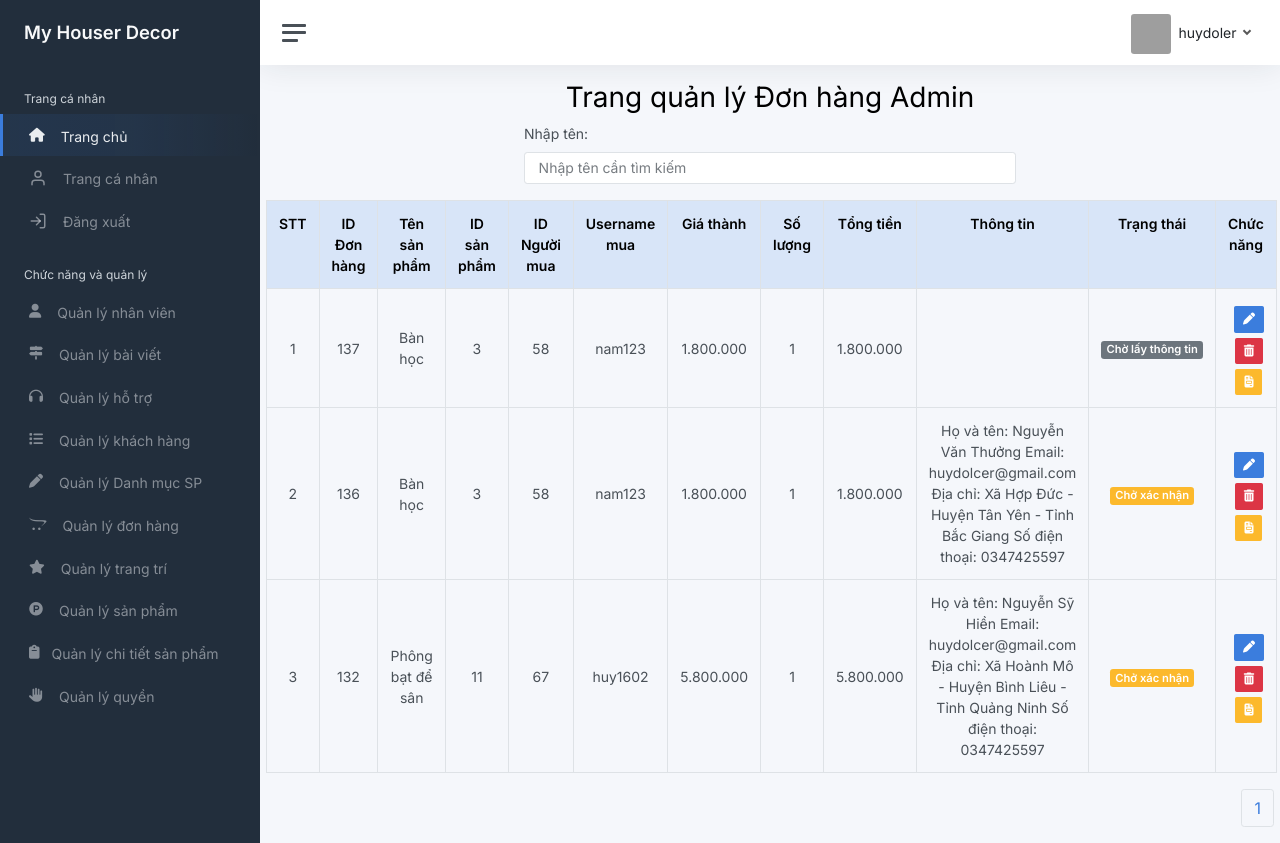
Repository: anhtu2110/TestCNPM
Page: http://localhost/MyHouseDecor/Admin/admin_oder.php
These files come from the project's save history. The page is drawn as it stood at one moment and after the next save; the edit follows.
The browser window is 1280 px wide. The pictures show the whole page.
Pictures or frames that could not be fetched are drawn as grey boxes. The page is run by PHP 8.4 with error messages shown; the project is at /var/www/html/. The session is filled in as if someone had signed in: {"is_admin": 1, "UserName": "huydoler", "Image": "img/z5253371194991_da662051120ed03d80e35edbab7f3360.jpg"}. Other server files are loaded and not shown. The database holds what the project's SQL file puts in it.

Above is the page before, as saved 2024-07-09 20:43:02.

### Admin/admin_oder.php
<?php require_once './Controller/auth.php';?>
<?php require_once './IncludeAdmin/header.php';?>
            <main>
                <div class="container">
                    <h1 class="text-center mt-3">Trang quản lý Đơn hàng Admin</h1>
                   <?php require_once './View/Admin_OrderView.php';?>
                </div>
                <script>
                    document.addEventListener("DOMContentLoaded", function () {
                        const searchInput = document.getElementById('email');
                        searchInput.addEventListener('input', function () {
                            const searchText = this.value.toLowerCase();
                            const tableRows = document.querySelectorAll('table tr:not(:first-child)');
                            tableRows.forEach(function (row) {
                                const cellText = row.cells[2].innerText.toLowerCase();
                                if (cellText.includes(searchText)) {
                                    row.style.display = '';
                                } else {
                                    row.style.display = 'none';
                                }
                            });
                        });
                    });

                </script>
            </main>
        </div>
    </div>
    <?php
    require_once './IncludeAdmin/footer.php';
    ?>

### Admin/Controller/auth.php
<?php
session_start();
    if(!isset($_SESSION['is_admin'])){
        header('location: login_admin.php');
    }
?>

### Admin/IncludeAdmin/header.php
<!DOCTYPE html>
<html lang="en">

<head>
    <meta charset="utf-8">
    <meta http-equiv="X-UA-Compatible" content="IE=edge">
    <meta name="viewport" content="width=device-width, initial-scale=1, shrink-to-fit=no">
    <meta name="description" content="Responsive Admin &amp; Dashboard Template based on Bootstrap 5">
    <meta name="author" content="AdminKit">
    <meta name="keywords"
        content="adminkit, bootstrap, bootstrap 5, admin, dashboard, template, responsive, css, sass, html, theme, front-end, ui kit, web">

    <link rel="preconnect" href="https://fonts.gstatic.com">
    <link rel="shortcut icon" href="../img/Black and White Minimalist Professional Initial Logo.png" />
    <link rel="stylesheet" href="css/style.css">
    <link href="https://cdn.jsdelivr.net/npm/bootstrap@5.3.3/dist/css/bootstrap.min.css" rel="stylesheet">
    <script src="https://cdn.jsdelivr.net/npm/axios/dist/axios.min.js"></script>
    <script src="https://cdnjs.cloudflare.com/ajax/libs/jspdf/2.4.0/jspdf.umd.min.js"></script>
    <script src="https://cdnjs.cloudflare.com/ajax/libs/html2canvas/1.4.1/html2canvas.min.js"></script>


    <link rel="canonical" href="https://demo-basic.adminkit.io/" />

    <title>My House Decor</title>

    <link href="css/app.css" rel="stylesheet">
    <link href="https://fonts.googleapis.com/css2?family=Inter:wght@300;400;600&display=swap" rel="stylesheet">
    <link rel="stylesheet" href="https://cdnjs.cloudflare.com/ajax/libs/font-awesome/6.5.2/css/all.min.css">
    <script src="https://ajax.googleapis.com/ajax/libs/jquery/3.5.1/jquery.min.js"></script>
    <script src="https://cdn.jsdelivr.net/npm/sweetalert2@11"></script>

</head>

<body>

    <div class="wrapper">
        <nav id="sidebar" class="sidebar js-sidebar">
            <div class="sidebar-content js-simplebar">
                <a class="sidebar-brand" href="index.php">
                    <span class="align-middle">My Houser Decor</span>
                </a>

                <ul class="sidebar-nav">
                    <li class="sidebar-header">
                        Trang cá nhân
                    </li>

                    <li class="sidebar-item active">
                        <a class="sidebar-link" href="index.php">
                            <i class="fa-solid fa-house"></i></i> <span class="align-middle">Trang chủ</span>
                        </a>
                    </li>

                    <li class="sidebar-item">
                        <a class="sidebar-link" href="profile.php">
                            <i class="align-middle" data-feather="user"></i> <span class="align-middle">Trang cá
                                nhân</span>
                        </a>
                    </li>

                    <li class="sidebar-item">
                        <a class="sidebar-link" href="logout.php">
                            <i class="align-middle" data-feather="log-in"></i> <span class="align-middle">Đăng
                                xuất</span>
                        </a>
                    </li>
                    <li class="sidebar-header">
                        Chức năng và quản lý
                    </li>

                    <li class="sidebar-item">
                        <a class="sidebar-link" href="admin_staff.php">
                            <i class="fa-solid fa-user"></i></i> <span class="align-middle">Quản lý nhân viên</span>
                        </a>
                    </li>

                    <li class="sidebar-item">
                        <a class="sidebar-link" href="admin_blog.php">
                            <i class="fa-solid fa-signs-post"></i></i> <span class="align-middle">Quản lý bài
                                viết</span>
                        </a>
                    </li>

                    <li class="sidebar-item">
                        <a class="sidebar-link" href="admin_contact.php">
                            <i class="fa-solid fa-headphones"></i></i> <span class="align-middle">Quản lý hỗ trợ</span>
                        </a>
                    </li>

                    <li class="sidebar-item">
                        <a class="sidebar-link" href="admin_customer.php">
                            <i class="fa-solid fa-list"></i></i> <span class="align-middle">Quản lý khách hàng</span>
                        </a>
                    </li>

                    <li class="sidebar-item">
                        <a class="sidebar-link" href="admin_category.php">
                            <i class="fa-solid fa-pen"></i> <span class="align-middle">Quản lý Danh mục SP</span>
                        </a>
                    </li>
                    <li class="sidebar-item">
                        <a class="sidebar-link" href="admin_oder.php">
                            <i class="fa-brands fa-opencart"></i></i> <span class="align-middle">Quản lý đơn hàng</span>
                        </a>
                    </li>
                    <li class="sidebar-item">
                        <a class="sidebar-link" href="admin_decor.php">
                            <i class="fa-solid fa-star"></i></i> <span class="align-middle">Quản lý trang trí</span>
                        </a>
                    </li>
                    <li class="sidebar-item">
                        <a class="sidebar-link" href="admin_product.php">
                            <i class="fa-brands fa-product-hunt"></i></i> <span class="align-middle">Quản lý sản
                                phẩm</span>
                        </a>
                    </li>
                    <li class="sidebar-item">
                        <a class="sidebar-link" href="admin_details.php">
                            <i class="fa-solid fa-clipboard"></i><span class="align-middle">Quản lý chi tiết sản
                                phẩm</span>
                        </a>
                    </li>
                    <li class="sidebar-item">
                        <a class="sidebar-link" href="admin_role.php">
                            <i class="fa-solid fa-hand"></i></i> <span class="align-middle">Quản lý quyền</span>
                        </a>
                    </li>
                    <li class="sidebar-item">
                        <a class="sidebar-link" href="admin_menu.php">
                            <i class="fa-solid fa-bars"></i></i> <span class="align-middle">Quản lý Menu</span>
                        </a>
                    </li>
                    <li class="sidebar-item">
                        <a class="sidebar-link" href="admin_comment.php">
                            <i class="fa-regular fa-comment-dots"></i></i> <span class="align-middle">Quản lý
                                Comment</span>
                        </a>
                    </li>

            </div>
        </nav>

        <div class="main">
            <nav class="navbar navbar-expand navbar-light navbar-bg">
                <a class="sidebar-toggle js-sidebar-toggle">
                    <i class="hamburger align-self-center"></i>
                </a>

                <div class="navbar-collapse collapse">
                    <ul class="navbar-nav navbar-align">

                        <li class="nav-item dropdown">
                            <a class="nav-icon dropdown-toggle d-inline-block d-sm-none" href="#"
                                data-bs-toggle="dropdown">
                                <i class="align-middle" data-feather="settings"></i>
                            </a>

                            <a class="nav-link dropdown-toggle d-none d-sm-inline-block" href="#"
                                data-bs-toggle="dropdown">
                                <img src="<?php echo $_SESSION['Image'] ? $_SESSION['Image'] : './img/avt.png';?>"
                                    class="avatar img-fluid rounded me-1" alt="Charles Hall" /> <span
                                    class="text-dark"><?php echo $_SESSION['UserName'] ? $_SESSION['UserName'] : 'Username';?></span>
                            </a>
                            <div class="dropdown-menu dropdown-menu-end">
                                <a class="dropdown-item" href="profile.php"><i class="align-middle me-1"
                                        data-feather="user"></i>Trang cá nhân</a>
                                <a class="dropdown-item" href="logout.php"><i class="fa-solid fa-right-from-bracket"
                                        style="padding-right:3px"></i></i>Đăng xuất</a>
                            </div>
                        </li>
                    </ul>
                </div>
            </nav>

### Admin/View/Admin_OrderView.php
<?php require_once './Controller/Admin_OrderController.php';
$controller = new Admin_OrderController();
$limit = 5;
$offset = isset($_GET['page_order']) ? ($_GET['page_order'] - 1) * $limit : 0;
?>
<div class="row d-flex mb-3">
    <div class="col-6 mx-auto">
        <label for="input" class="form-label">Nhập tên:</label>
        <input type="search" class="form-control" id="email" placeholder="Nhập tên cần tìm kiếm" name="search">
    </div>
</div>
<table class="mx-auto table table-bordered">
    <tr>
        <th class="table-primary text-center">STT</th>
        <th class="table-primary text-center">ID Đơn hàng</th>
        <th class="table-primary text-center">Tên sản phẩm</th>
        <th class="table-primary text-center">ID sản phẩm</th>
        <th class="table-primary text-center">ID Người mua</th>
        <th class="table-primary text-center">Username mua</th>
        <th class="table-primary text-center">Giá thành</th>
        <th class="table-primary text-center">Số lượng</th>
        <th class="table-primary text-center">Tổng tiền</th>
        <th class="table-primary text-center">Thông tin</th>
        <th class="table-primary text-center">Trạng thái</th>
        <th class="table-primary text-center">Chức năng</th>
    </tr>
    <?php
    $result = $controller->ShowOder_Limit($limit, $offset);
    $count = 1;
    foreach ($result as $item):
        switch($item['status']){
            case 1:
                $check = "<span class='badge bg-warning'>Chở xác nhận</span>";
                break;
            case 2:
                $check = "<span class='badge bg-primary bg-gradient'>Xác nhận đơn hàng</span>";
                break;
            case 3:
                $check = "<span class='badge' style='background-color: orange'>Người bán đang chuẩn bị hàng</span>";
                break;
            case 4:
                $check = "<span class='badge bg-primary'>Đã gửi hàng cho bên vận chuyển</span>";
                break;
            case 5:
                $check = "<span class='badge bg-success'>Đang vận chuyển</span>";
                break;
            case 6:
                $check = "<span class='badge bg-success bg-gradient'>Đã giao</span>";
                break;
            case 7:
                $check = "<span class='badge bg-danger'>Đã hủy</span>";
                break;
        }
        if($item['Information'] == null || $item['Information'] == ""){
            $check = "<span class='badge bg-secondary'>Chờ lấy thông tin</span>";
        };
    ?>

    <tr>
        <td><?php echo $count;?></td>
        <td><?php echo $item['OrderID'];?></td>
        <td><?php echo $item['Title'];?></td>
        <td><?php echo $item['ProductID'];?></td>
        <td><?php echo $item['UserID'];?></td>
        <td><?php echo $item['UserCustomer'];?></td>
        <td><?php echo number_format($item['Price'], 0, '.', '.');?></td>
        <td><?php echo $item['Quantity'];?></td>
        <td><?php echo number_format($item['Total_Price'], 0, '.', '.');?></td>
        <td><?php echo $item['Information'];?></td>
        <td><?php echo $check;?></td>
        <td>
            <div class="chucnang d-flex">
                <div class="btn_update mx-auto">
                    <button type="button" class="btn btn-primary btn-sm" style="margin-left: 6px;margin-top:5px;">
                        <a href="update_order.php?order_id=<?php echo $item['OrderID'];?>" style='color:white;'> <i
                                class="fa-solid fa-pen"></i></a></button>
                    <button type="button" class="btn btn-danger btn-sm detele_order"
                        data-order-id='<?php echo $item['OrderID'];?>' style="margin-left: 6px;margin-top:5px;">
                        <i class="fa-solid fa-trash-can"></i></button>
                    <button type="button" class="btn btn-warning btn-sm" style="margin-left: 6px;margin-top:5px;"
                        data-bs-toggle="tooltip" title="Xuất hóa đơn đỏ">
                        <a href="export_invoice.php?id_order=<?php echo $item['OrderID'];?>" style='color:white;'>
                            <i class="fa-solid fa-file-invoice"></i></a></button>
                </div>
            </div>
        </td>
    </tr>
    <?php
$count++;
endforeach;?>
</table>
<ul class="pagination justify-content-end">
    <?php
    $count = $controller->getCount()->fetch_assoc();
    $total = $count['total'];
    $pages = ceil($total / $limit);
    for ($i = 1; $i <= $pages; $i++) {
        echo "<li class='page-item'><a class='page-link' href='?page_order=$i'>$i</a></li>";
    }
    ?>
</ul>
<script>
document.querySelectorAll('.detele_order').forEach(btn => {
    btn.addEventListener('click', (e) => {
        e.preventDefault();

        let OrderID = btn.getAttribute('data-order-id');

        swal.fire({
            title: 'Xác nhận xóa',
            text: 'Bạn có chắc muốn xóa bản ghi này?',
            icon: 'warning',
            showCancelButton: true,
            confirmButtonColor: '#3085d6',
            cancelButtonColor: '#d33',
            confirmButtonText: 'Xác nhận',
            cancelButtonText: 'Hủy'
        }).then((result) => {
            if (result.isConfirmed) {
                let formSend = new FormData();
                formSend.append('OrderID', OrderID);


                let xhr = new XMLHttpRequest();
                xhr.open('POST', './Controller/Delete_OrderController.php', true);
                xhr.onload = () => {
                    if (xhr.status === 200) {
                        let response = JSON.parse(xhr.responseText);
                        if (response.check) {
                            swal.fire({
                                title: 'Thành công!',
                                text: response.message,
                                icon: 'success'
                            }).then(() => {
                                window.location.reload();
                            });
                        } else {
                            swal.fire({
                                title: 'Thất bại!',
                                text: response.message,
                                icon: 'error'
                            });
                        }
                    } else {
                        swal.fire({
                            title: 'Thất bại!',
                            text: 'Có lỗi xảy ra khi xóa bản ghi.',
                            icon: 'error'
                        });
                    }
                };
                xhr.send(formSend);
            }
        });
    });
});
</script>

### Admin/Controller/Admin_OrderController.php
<?php
    require_once './Model/Admin_OrderModel.php';
    class Admin_OrderController{
        private $model = null;
        public function __construct(){
            $this->model = new Admin_OrderModel();
        }
        public function ShowOder_Limit($limit,$offset){
            $result = $this->model->ShowOder_Limit($limit,$offset);
            return $result;
        }
        public function getCount(){
            $result = $this->model->getCount();
            return $result;
        }
        public function ShowOrder($id){
            $result = $this->model->ShowOder($id);
            return $result;
        }
        public function Get_list_status_order() {
            $result = $this->model->Get_list_status_order();
            return $result;
        }
    }
?>

### Admin/Model/Admin_OrderModel.php
<?php
    require_once '../Connect/connectDatabase.php';

    class Admin_OrderModel{
        private $db = null;
        public function __construct(){
            $this->db = new Database();
        }
      public function Get_list_status_order() {
        $conn = $this->db->getConnection();
        $sql = "SELECT * FROM status_order";
        $result = $conn->query($sql);
        return $result;
      }
      public function ShowOder_Limit($limit,$offset){
        $conn = $this->db->getConnection();
        $sql = "SELECT * FROM orders WHERE status IN (1, 2, 3, 4, 5, 6)
        ORDER BY OrderID DESC
          LIMIT $limit OFFSET $offset";
        $result = $conn->query($sql);
        return $result;
      }
      public function getCount(){
        $conn = $this->db->getConnection();
        $sql = "SELECT COUNT(*) as total FROM orders";
        $result = $conn->query($sql);
        return $result;
      }
      public function UpdateOrder($OrderID,$status){
        $conn = $this->db->getConnection();
        $sql = "UPDATE orders INNER JOIN status_order ON orders.status = status_order.id_status SET status = '$status' WHERE orders.OrderID = '$OrderID'";
        $result = $conn->query($sql);
        return $result;
      }
      public function DeleteOrder($OrderID){
        $conn = $this->db->getConnection();
        $sql = "DELETE FROM orders WHERE OrderID = '$OrderID'";
        $result = $conn->query($sql);
        return $result;
      }
      public function ShowOder($ID){
        $conn = $this->db->getConnection();
        $sql = "SELECT * FROM orders WHERE OrderID = '$ID'";
        $result = $conn->query($sql);
        return $result;
      }
    }

?>

### Connect/connectDatabase.php
<?php
    class Database {
        private $hostname = 'localhost';
        private $username = 'root';
        private $password ='';
        private $database = 'dacn';

        private $conn = null;

        public function __construct(){
            $this->conn = new mysqli($this->hostname,$this->username,$this->password,$this->database);

            if($this->conn->connect_error){
                die("Kết nối thất bại :".$this->conn->connect_error);
            }
            else{
                $this->conn->set_charset('utf8');
            }

        }
        public function getConnection(){
            return $this->conn;
        }
    }
?>

### Admin/IncludeAdmin/footer.php

<script src="js/app.js"></script>



</body>

</html>

### Admin/css/style.css
td{
    text-align: center;
}
.avatar_profile{
   background-color: rgb(255, 255, 255);

   box-shadow:5px 5px 10px rgba(0, 0, 0, 0.1);
}

.information{
    background-color: azure;
   box-shadow:5px 5px 10px rgba(0, 0, 0, 0.1);
   border-radius: 0 20px 20px 0;

}
.banner{
    position: relative;
}
.content{
    position: absolute;
    top: 20%;
    left: 20%;
    width: 80%;
    height: 60vh;
}
.banner img{
    max-width: 100%;
    height: 100vh;
}
.checktt{
   background-color: rgb(199, 207, 205);
   padding: 30px;
   border-radius: 20px;
}

### Database/dacn.sql (the tables this page reads)
CREATE TABLE `orders` (
  `OrderID` int NOT NULL,
  `Title` varchar(255) CHARACTER SET utf8mb4 COLLATE utf8mb4_general_ci DEFAULT NULL,
  `ProductID` int DEFAULT NULL,
  `UserID` int DEFAULT NULL,
  `UserCustomer` varchar(255) CHARACTER SET utf8mb4 COLLATE utf8mb4_general_ci DEFAULT NULL,
  `Price` int DEFAULT NULL,
  `Quantity` int DEFAULT NULL,
  `Total_Price` int DEFAULT NULL,
  `Information` varchar(255) CHARACTER SET utf8mb4 COLLATE utf8mb4_general_ci DEFAULT NULL,
  `status` int DEFAULT NULL
) ENGINE=InnoDB DEFAULT CHARSET=utf8mb4 COLLATE=utf8mb4_general_ci;

INSERT INTO `orders` (`OrderID`, `Title`, `ProductID`, `UserID`, `UserCustomer`, `Price`, `Quantity`, `Total_Price`, `Information`, `status`) VALUES
(132, 'Phông bạt để sân', 11, 67, 'huy1602', 5800000, 1, 5800000, 'Họ và tên: Nguyễn Sỹ Hiền \r\n Email: huydolcer@gmail.com \r\n Địa chỉ: Xã Hoành Mô - Huyện Bình Liêu - Tỉnh Quảng Ninh \r\n Số điện thoại: 0347425597', 1),
(136, 'Bàn học', 3, 58, 'nam123', 1800000, 1, 1800000, 'Họ và tên: Nguyễn Văn Thưởng \r\n Email: huydolcer@gmail.com \r\n Địa chỉ: Xã Hợp Đức - Huyện Tân Yên - Tỉnh Bắc Giang \r\n Số điện thoại: 0347425597', 1),
(137, 'Bàn học', 3, 58, 'nam123', 1800000, 1, 1800000, NULL, 1);

ALTER TABLE `orders`
  ADD PRIMARY KEY (`OrderID`),
  ADD KEY `ProductID` (`ProductID`),
  ADD KEY `UserID` (`UserID`);

ALTER TABLE `orders`
  MODIFY `OrderID` int NOT NULL AUTO_INCREMENT, AUTO_INCREMENT=138;

ALTER TABLE `orders`
  ADD CONSTRAINT `orders_ibfk_1` FOREIGN KEY (`ProductID`) REFERENCES `products` (`ProductID`),
  ADD CONSTRAINT `orders_ibfk_2` FOREIGN KEY (`UserID`) REFERENCES `user` (`UserID`);

Loaded but not shown: Admin/css/app.css (library); Admin/js/app.js (library)

After the next save:
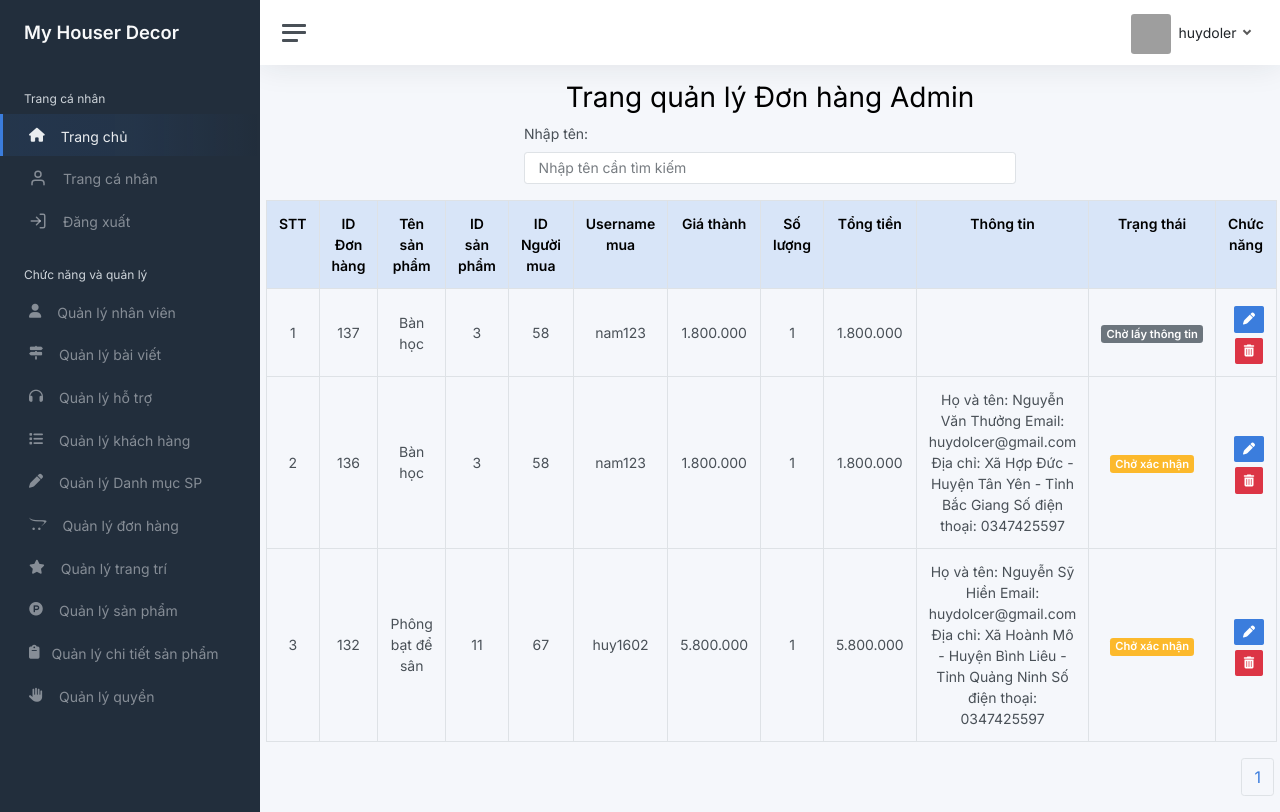
Saved 5 min 29 s later.
--- a/Admin/View/Admin_OrderView.php
+++ b/Admin/View/Admin_OrderView.php
@@ -77,10 +77,10 @@ $offset = isset($_GET['page_order']) ? ($_GET['page_order'] - 1) * $limit : 0;
                     <button type="button" class="btn btn-danger btn-sm detele_order"
                         data-order-id='<?php echo $item['OrderID'];?>' style="margin-left: 6px;margin-top:5px;">
                         <i class="fa-solid fa-trash-can"></i></button>
-                    <button type="button" class="btn btn-warning btn-sm" style="margin-left: 6px;margin-top:5px;"
+                    <!-- <button type="button" class="btn btn-warning btn-sm" style="margin-left: 6px;margin-top:5px;"
                         data-bs-toggle="tooltip" title="Xuất hóa đơn đỏ">
                         <a href="export_invoice.php?id_order=<?php echo $item['OrderID'];?>" style='color:white;'>
-                            <i class="fa-solid fa-file-invoice"></i></a></button>
+                            <i class="fa-solid fa-file-invoice"></i></a></button> -->
                 </div>
             </div>
         </td>
